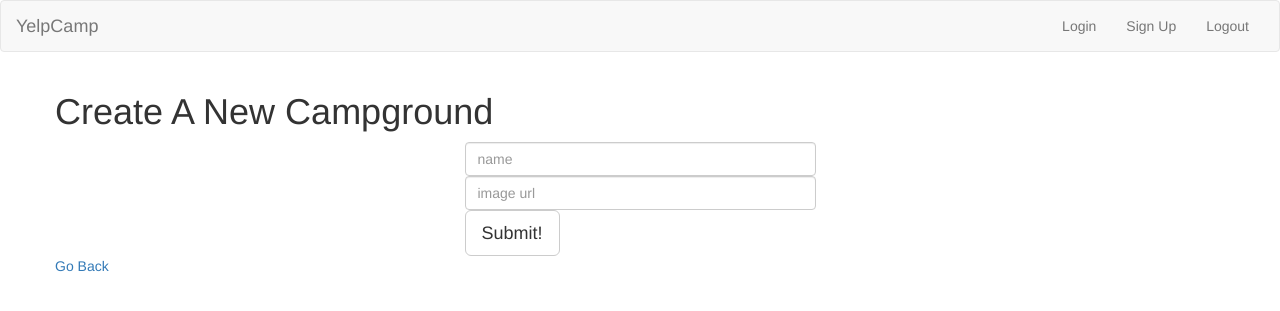
Repository: demioke/web-development-bootcamp
Page: http://localhost/campgrounds/new
The author's editor kept a record of every edit. The page is drawn from the files as they stood at one moment, then again after the next edit.
The browser window is 1280 px wide. The pictures show the whole page.
The page is served by the project's Node server (YelpCamp/v1/app.js).

Above is the page before.

After the next edit:
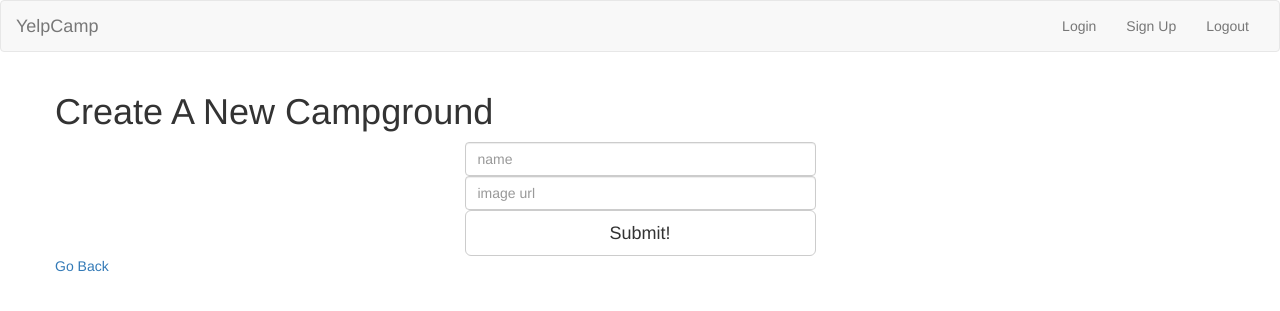
The edit:
--- a/YelpCamp/v1/views/new.ejs
+++ b/YelpCamp/v1/views/new.ejs
@@ -7,7 +7,7 @@
             <form action="/campgrounds" method="POST">
                 <input class="form-control" type="text" name="name" placeholder="name">
                 <input class="form-control" type="text" name="image" placeholder="image url">
-                <button class="btn btn-lg btn-default">Submit!</button>
+                <button class="btn btn-lg btn-default btn-block">Submit!</button>
             </form>
         </div>
 
